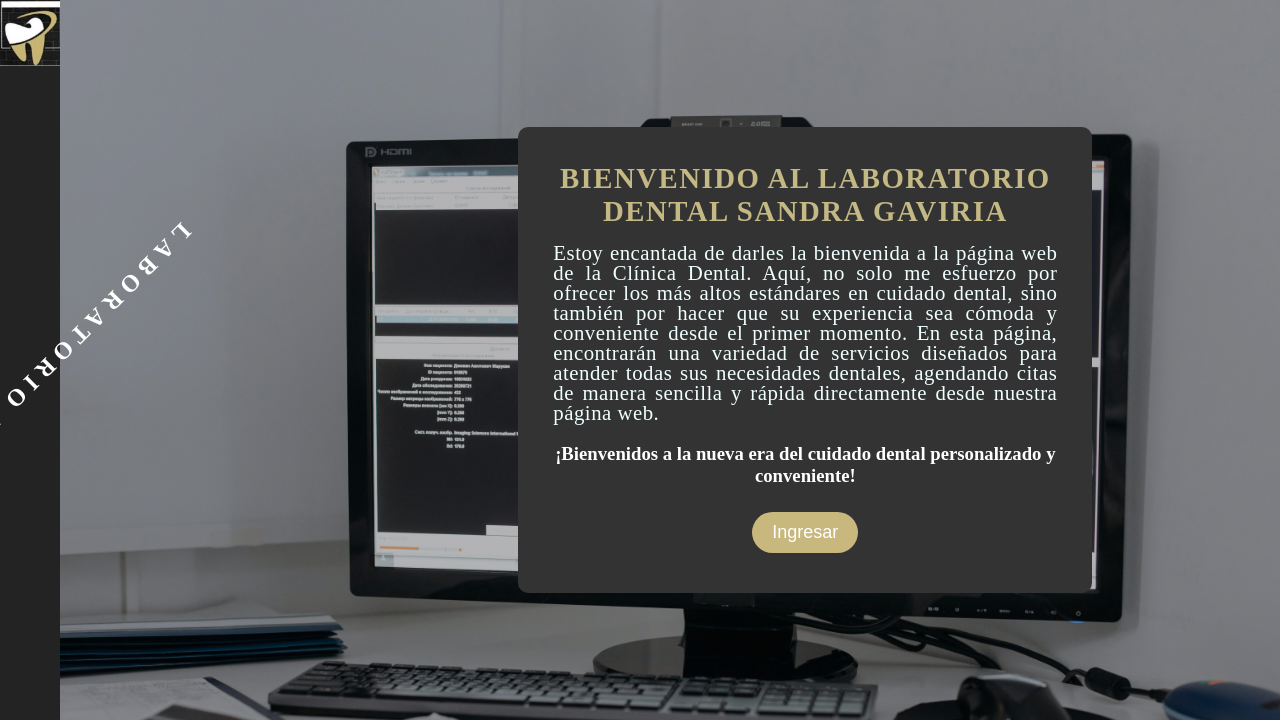
Repository: IIntef/ProyectoDental2.0
Page: Proyecto/Proyecto/Fer.html
The author's editor kept a copy of each file at every save. The page is drawn from the files as they stood at one save, then again after the next save.
The browser window is 1280 px wide. The pictures show the whole page.

Above is the page before, as saved 2024-06-18 14:02:18.

After the next save:
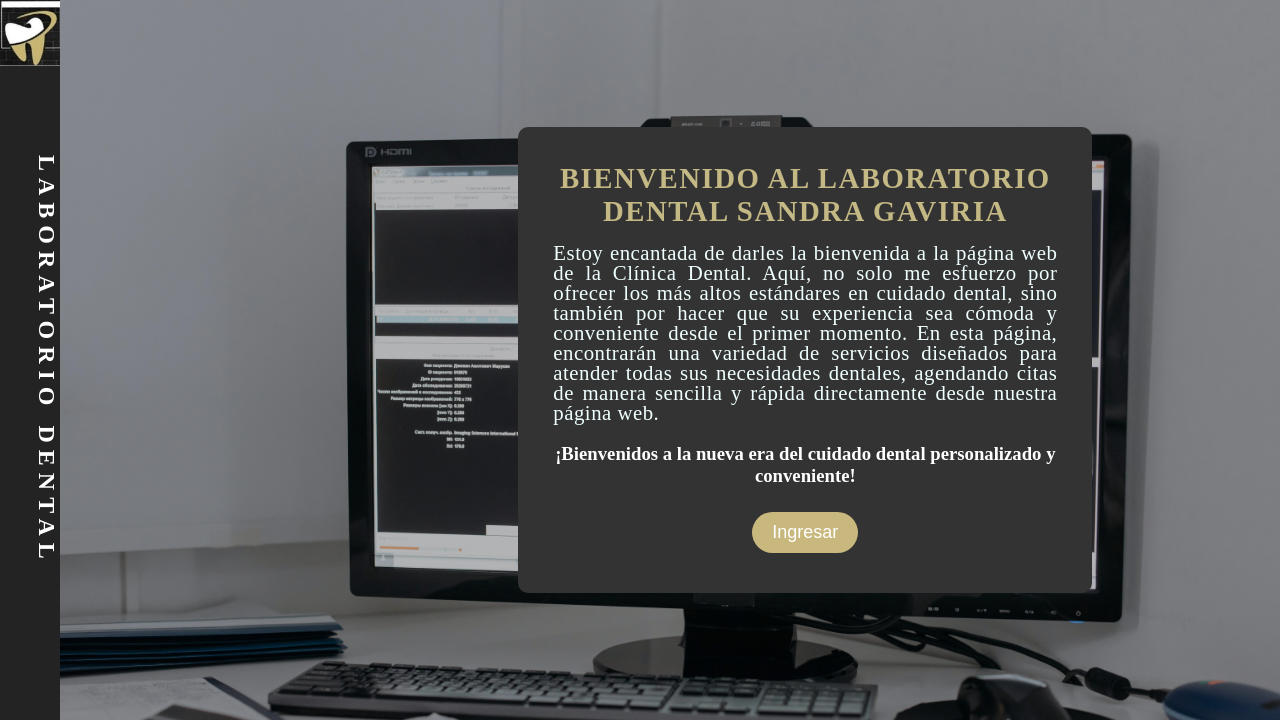
Saved 20 s later.
--- a/Proyecto/Proyecto/StyleFer.css
+++ b/Proyecto/Proyecto/StyleFer.css
@@ -23,7 +23,7 @@ header h1 {
         writing-mode: vertical-rl;
         letter-spacing: 7px;
         font-size: clamp(1rem, 2.5vw, 1.5rem);
-        transform: rotate(45deg);
+        transform: rotate(0deg);
 
         /* Otros estilos */
         color: #fff;
